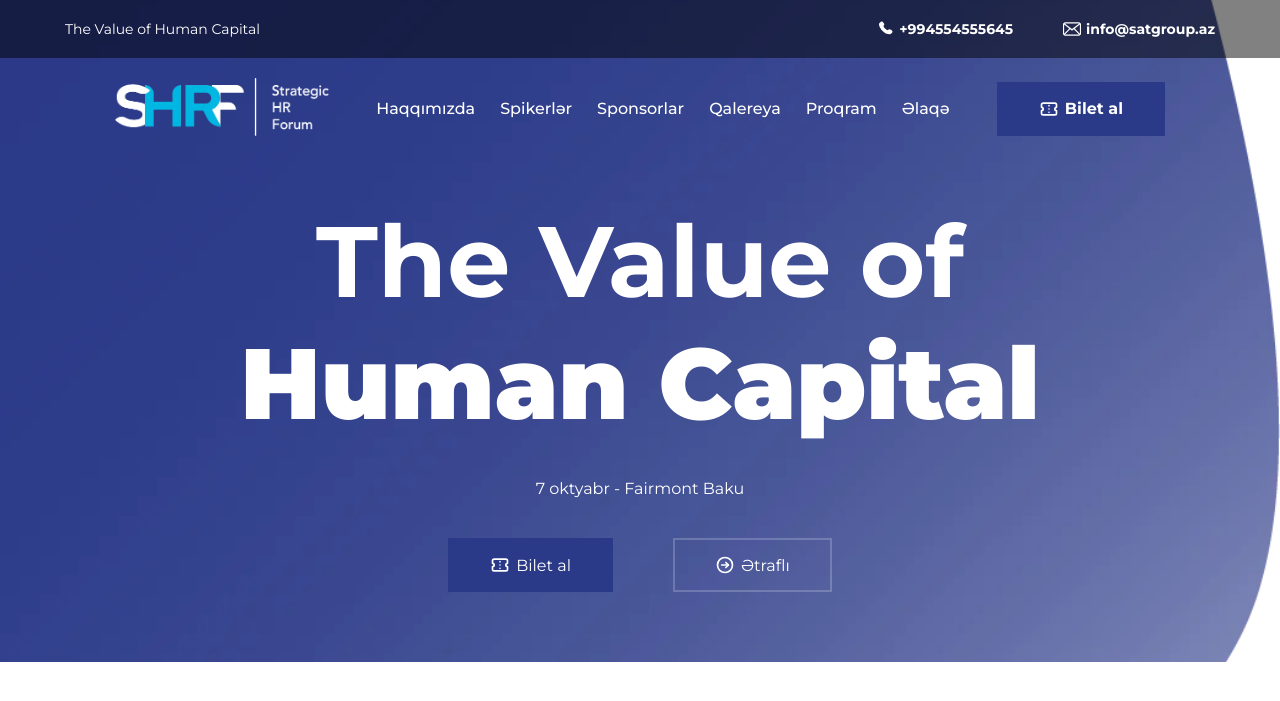
Repository: allahverdiyevabdulhasan/shrf
Page: /
These files come from the project's save history. The page is drawn as it stood at one moment and after the next save; the edit follows.
The browser window is 1280 px wide. The pictures show the whole page.
The project was rebuilt for these pictures with package versions that can differ from the ones it lists, and the page was loaded fresh each time. Also part of the build but not shown: vite.config.js, src/App.css.

Above is the page before, as saved 2024-08-16 11:28:20.

### src/App.jsx
import './App.css'
import Header from './components/Header'
import Intro from './components/Intro'

function App() {

  return (
    <div id='page'>
      <Header />
      <Intro />
    </div>
  )
}

export default App

### src/index.css
@import url('https://fonts.googleapis.com/css2?family=Montserrat:ital,wght@0,100..900;1,100..900&display=swap');

* {
  margin: 0;
  box-sizing: border-box;
  padding: 0;
  font-family: Montserrat;
  transition: all .4s ease-in-out;
}

:root {
  --globalPrimary: #2a3988;
}

ul {
  padding: 0;
  list-style: none;
}

a {
  color: #fff;
  text-decoration: none;
}

button {
  cursor: pointer;
}

.container {
  max-width: 1170px;
  margin: 0 auto;
  padding: 0 10px;
}
#page{
  position: relative;
}

.buy__button {
  display: flex;
  align-items: center;
  border: 2px solid transparent;
  background: var(--globalPrimary);
  font-size: 16px;
  font-weight: 700;
  color: #fff;
  padding: 15px 40px;
  & svg{
    margin: 0 6px 0 0;
  }
  &:hover {
    box-shadow: 0 3px 10px 3px #fff;
    transform: translateY(-3px);
  }
}

### src/components/Header/index.jsx

import NavItems from './navItems'
import s from './style.module.css'

export default function Header() {


    return (
        <>
            <div className={s.burger__menu}>
                <NavItems />
            </div>
            <header >



                <div className={s.top}>
                    <div className="container">
                        <div className={s.top__left}>
                            The Value of Human Capital
                        </div>
                        <div className={s.top__right}>
                            <ul>
                                <li>
                                    <a href="tel:+994554555645">
                                        <svg width={18} viewBox="0 0 24 24" fill="none" xmlns="http://www.w3.org/2000/svg"><g id="SVGRepo_bgCarrier" stroke-width="0"></g><g id="SVGRepo_tracerCarrier" stroke-linecap="round" stroke-linejoin="round"></g><g id="SVGRepo_iconCarrier"> <path d="M16.5562 12.9062L16.1007 13.359C16.1007 13.359 15.0181 14.4355 12.0631 11.4972C9.10812 8.55901 10.1907 7.48257 10.1907 7.48257L10.4775 7.19738C11.1841 6.49484 11.2507 5.36691 10.6342 4.54348L9.37326 2.85908C8.61028 1.83992 7.13596 1.70529 6.26145 2.57483L4.69185 4.13552C4.25823 4.56668 3.96765 5.12559 4.00289 5.74561C4.09304 7.33182 4.81071 10.7447 8.81536 14.7266C13.0621 18.9492 17.0468 19.117 18.6763 18.9651C19.1917 18.9171 19.6399 18.6546 20.0011 18.2954L21.4217 16.883C22.3806 15.9295 22.1102 14.2949 20.8833 13.628L18.9728 12.5894C18.1672 12.1515 17.1858 12.2801 16.5562 12.9062Z" fill="#ffffff"></path> </g></svg>
                                        +994554555645</a>
                                </li>
                                <li>
                                    <a href="mailto:info@satgroup.az">
                                        <svg width={18} viewBox="0 -4 32 32" version="1.1" xmlns="http://www.w3.org/2000/svg" xmlns:xlink="http://www.w3.org/1999/xlink" xmlns:sketch="http://www.bohemiancoding.com/sketch/ns" fill="#000000"><g id="SVGRepo_bgCarrier" stroke-width="0"></g><g id="SVGRepo_tracerCarrier" stroke-linecap="round" stroke-linejoin="round"></g><g id="SVGRepo_iconCarrier"> <title>mail</title> <desc>Created with Sketch Beta.</desc> <defs> </defs> <g id="Page-1" stroke="none" stroke-width="1" fill="none" fill-rule="evenodd" sketch:type="MSPage"> <g id="Icon-Set" sketch:type="MSLayerGroup" transform="translate(-412.000000, -259.000000)" fill="#ffffff"> <path d="M442,279 C442,279.203 441.961,279.395 441.905,279.578 L433,270 L442,263 L442,279 L442,279 Z M415.556,280.946 L424.58,271.33 L428,273.915 L431.272,271.314 L440.444,280.946 C440.301,280.979 415.699,280.979 415.556,280.946 L415.556,280.946 Z M414,279 L414,263 L423,270 L414.095,279.578 C414.039,279.395 414,279.203 414,279 L414,279 Z M441,261 L428,271 L415,261 L441,261 L441,261 Z M440,259 L416,259 C413.791,259 412,260.791 412,263 L412,279 C412,281.209 413.791,283 416,283 L440,283 C442.209,283 444,281.209 444,279 L444,263 C444,260.791 442.209,259 440,259 L440,259 Z" id="mail" sketch:type="MSShapeGroup"> </path> </g> </g> </g></svg>
                                        info@satgroup.az</a>
                                </li>
                            </ul>
                        </div>
                    </div>
                </div>
                <div className="container">

                    <div className={s.header__items}>
                        <div className={s.logo}>
                            <a href="/"><img src="./public/assets/img/logo.webp" alt="Logo" /></a>
                        </div>

                        <NavItems />

                    </div>
                </div>

            </header>

        </>
    )
}

### src/components/Intro/index.jsx
import s from './style.module.css'

export default function Intro() {


    return (
        <div className={s.intro}>
            <div className={s.intro__content}>
                <h1>
                    The Value of
                    <br />
                    <span>Human Capital</span>
                </h1>

                <p>7 oktyabr - Fairmont Baku</p>

                <div className={s.buttons}>
                <button className='buy__button'>
                <svg width={20} viewBox="0 0 24 24" fill="none" xmlns="http://www.w3.org/2000/svg"><g id="SVGRepo_bgCarrier" stroke-width="0"></g><g id="SVGRepo_tracerCarrier" stroke-linecap="round" stroke-linejoin="round"></g><g id="SVGRepo_iconCarrier"> <path d="M12 16H12.01M12 12H12.01M12 8H12.01M21 14V17C21 18.1046 20.1046 19 19 19H5C3.89543 19 3 18.1046 3 17V14C4.10457 14 5 13.1046 5 12C5 10.8954 4.10457 10 3 10V7C3 5.89543 3.89543 5 5 5H19C20.1046 5 21 5.89543 21 7V10C19.8954 10 19 10.8954 19 12C19 13.1046 19.8954 14 21 14Z" stroke="#ffffff" stroke-width="2" stroke-linecap="round" stroke-linejoin="round"></path> </g></svg>
                    Bilet al
                </button>
                <a href="" className='buy__button'>
                <svg  width={20} viewBox="0 0 24 24" fill="none" xmlns="http://www.w3.org/2000/svg"><g id="SVGRepo_bgCarrier" stroke-width="0"></g><g id="SVGRepo_tracerCarrier" stroke-linecap="round" stroke-linejoin="round"></g><g id="SVGRepo_iconCarrier"> <path d="M21 12C21 16.9706 16.9706 21 12 21C7.02944 21 3 16.9706 3 12C3 7.02944 7.02944 3 12 3C16.9706 3 21 7.02944 21 12Z" stroke="#ffffff" stroke-width="2"></path> <path d="M16 12L8 12" stroke="#ffffff" stroke-width="2" stroke-linecap="round" stroke-linejoin="round"></path> <path d="M13 15L15.913 12.087V12.087C15.961 12.039 15.961 11.961 15.913 11.913V11.913L13 9" stroke="#ffffff" stroke-width="2" stroke-linecap="round" stroke-linejoin="round"></path> </g></svg>

                Ətraflı
                </a>
                </div>
            </div>
        </div>
    )
}

### src/components/Header/navItems/index.jsx


export default function NavItems() {


    return (
        <>
            <nav>
                <ul>
                    <li><a href="">Haqqımızda</a></li>
                    <li><a href="">Spikerlər</a></li>
                    <li><a href="">Sponsorlar</a></li>
                    <li><a href="">Qalereya</a></li>
                    <li><a href="">Proqram</a></li>
                    <li><a href="">Əlaqə</a></li>
                </ul>
            </nav>
            <button className='buy__button'>
                <svg width={20} viewBox="0 0 24 24" fill="none" xmlns="http://www.w3.org/2000/svg"><g id="SVGRepo_bgCarrier" stroke-width="0"></g><g id="SVGRepo_tracerCarrier" stroke-linecap="round" stroke-linejoin="round"></g><g id="SVGRepo_iconCarrier"> <path d="M12 16H12.01M12 12H12.01M12 8H12.01M21 14V17C21 18.1046 20.1046 19 19 19H5C3.89543 19 3 18.1046 3 17V14C4.10457 14 5 13.1046 5 12C5 10.8954 4.10457 10 3 10V7C3 5.89543 3.89543 5 5 5H19C20.1046 5 21 5.89543 21 7V10C19.8954 10 19 10.8954 19 12C19 13.1046 19.8954 14 21 14Z" stroke="#ffffff" stroke-width="2" stroke-linecap="round" stroke-linejoin="round"></path> </g></svg>
                Bilet al
            </button>
        </>
    )
}

### src/components/Header/style.module.css
header {
    position: absolute;
    top: 0;
    left: 50%;
    width: 100%;
    transform: translateX(-50%);
}

.burger__menu{
    position: fixed;
    inset: 0;
    background-color: red;
    z-index: 999;
    display: none;
}
.burger__btn{
    & input[type="checkbox"] {
    -webkit-appearance: none;
    display: none;
    visibility: hidden;
  }

  & .bar {
    display: block;
    position: relative;
    cursor: pointer;
    width: 50px;
    height: 40px;
  }

  & .bar span {
    position: absolute;
    width: 45px;
    height: 7px;
    background: #f1faee;
    border-radius: 100px;
    display: inline-block;
    transition: 0.3s ease;
    left: 0;
  }

  & .bar span.top {
    top: 0;
  }

  & .bar span.middle {
    top: 17px;
  }

  & .bar span.bottom {
    bottom: 0;
  }

  & input[type]:checked ~ span.top {
    transform: rotate(45deg);
    transform-origin: top left;
    width: 48px;
    left: 5px;
  }

  & input[type]:checked ~ span.bottom {
    transform: rotate(-45deg);
    transform-origin: top left;
    width: 48px;
    bottom: -1px;
    box-shadow: 0 0 10px #495057;
  }

  & input[type]:checked ~ span.middle {
    transform: translateX(-20px);
    opacity: 0;
  }
}

.top {
    padding: 20px 0;
    color: #fff;
    font-size: 14px;
    & > div{
        width: 100%;
        display: flex;
        justify-content: space-between;
        align-items: center;
    }
}

.top__right {
    & a,
    & ul {
        display: flex;
        align-items: center;
        font-weight: 700;
        flex-wrap: wrap;
        justify-content: end;
    }

    & li {
        margin: 0 0 0 50px;
        &:first-child{
            margin: 0;
        }
    }

    & svg {
        margin: 0 5px 0 0;
    }

    & a:hover {
        text-shadow: 0 0 10px #fff;

    }
}


.header__items {
    display: flex;
    padding: 20px 50px;
    align-items: center;
    justify-content: space-between;

    & .logo{
        max-width: 214px;
        min-width: 150px;
        & img{
            width: 100%;
        }
    }

    & nav{
        margin: 0 10px;
    }

    & ul {
        display: flex;
        & li{
            margin: 0 25px 0 0;
            position: relative;
            &::after{
                content: '';
                position: absolute;
                bottom: 0;
                left: 0;
                width: 0;
                height: 3px;
                border-radius: 3px;
                background-color: #00FFF0;
                transition: all .4s ease-in-out;
            }
            &:hover{
                & a{
                    color: #00FFF0;
                }
                &::after{
                    width: 100%;
                }
            }
            & a{
                display: inline-block;
                padding: 10px 0;
                font-weight: 500;
            }
            &:last-child{
                margin: 0;
            }
        }
    }
}



@media only screen and (width < 1290px){
    header{
        .top{
            background: #0000007e;
        }
    }
}

@media only screen and (width < 1100px){
    header{
       & .header__items{
        & nav, & button{
            display: none;
        }
       }
    }
}

### src/components/Intro/style.module.css
.intro{
    min-height: 80vh;
    background: url('./../../../public/assets/img/introBg.webp') center/cover;
    display: flex;
    align-items: center;
    justify-content: center;

    & h1{
        font-size: clamp(45px, 8vw, 100px);
        color: #fff;
        text-align: center;
        margin: 200px 0 0 0;
        & span{
            font-weight: 900;
        }
    }
}

.intro__content{
    margin: 0 0 70px 0;
    & > p{
        color: #fff;
        text-align: center;
        margin: 35px 0  40px 0;
    }

    & .buttons{
        display: flex;
        justify-content: center;
        align-items: center;
        & button, & a{
            font-weight: 400;
            margin: 0 clamp(10px, 3vw, 30px);
        }
        & a{
            background: none;
            border-color: #FFFFFF33;
            &:hover{
                background-color: var(--globalPrimary);
            }
        }
    }
}

Loaded but not shown: index.html (common file); src/main.jsx (common file)

After the next save:
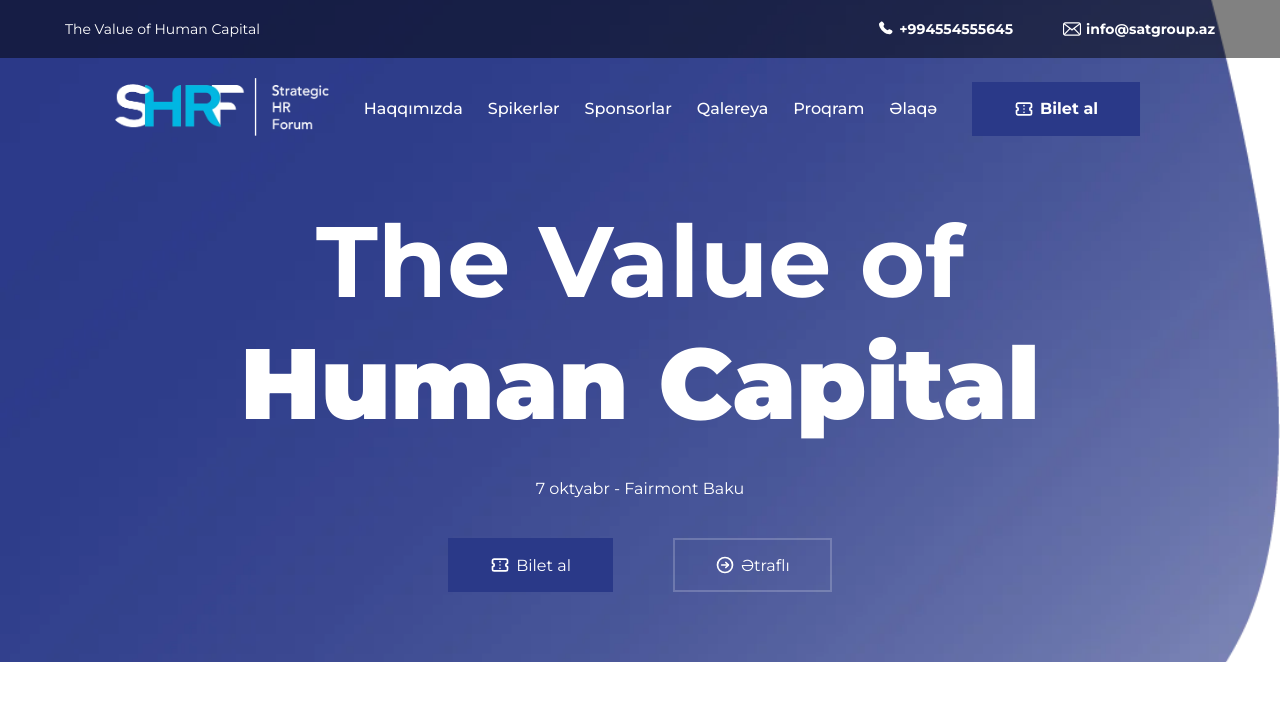
Saved 7 s later.
--- a/src/components/Header/index.jsx
+++ b/src/components/Header/index.jsx
@@ -43,7 +43,15 @@ export default function Header() {
                         </div>
 
                         <NavItems />
+                        <div className={s.burger__btn}>
+                            <label class="bar" for="check">
+                                <input type="checkbox" id="check" />
 
+                                    <span class={s.top}></span>
+                                    <span class={s.middle}></span>
+                                    <span class={s.bottom}></span>
+                            </label>
+                        </div>
                     </div>
                 </div>
 
